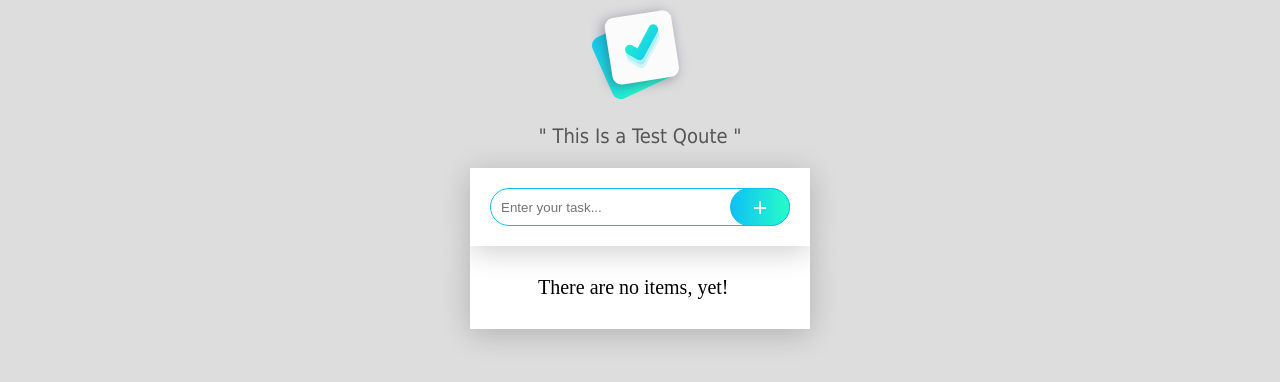
Repository: ahmedhamed15/React-Todo
Page: /
An editor plug-in stored every save of this project. The page is shown before and after the next save, followed by the edit.
The browser window is 1280 px wide. The pictures show the whole page.
The project was rebuilt for these pictures with package versions that can differ from the ones it lists, and the page was loaded fresh each time. Also part of the build but not shown: src/components/Todos/TodoItem/index.js.

Above is the page before, as saved 2021-07-27 00:21:42.

### src/index.js
import React from 'react';
import ReactDOM from 'react-dom';
import './index.scss';
import App from './App';

ReactDOM.render(<App />,document.getElementById('root'));

### src/index.scss
html {
  background: #ddd;
  height: 100%;
  display: flex;
}
body {
  width: 100%;
  margin: auto;
  margin: 0;
  padding: 0;
}

### src/App.js
import MainLogo from "./components/MainLogo";
import Qoute from "./components/Qoute";
import TodoList from "./components/Todos/TodoList";

function App() {
  return (
    <section className="App">
      <MainLogo />
      <Qoute />
      <TodoList />
    </section>
  );
}

export default App;

### src/components/MainLogo/index.js
import "./style.scss"

const index = () => {
    return (
        <section className="main-logo">
            <svg width="100px" height="100px" viewBox="0 0 100 100" version="1.1" xmlns="http://www.w3.org/2000/svg" xmlnsXlink="http://www.w3.org/1999/xlink">
                <desc>Created with Sketch.</desc>
                <defs>
                <linearGradient x1="34.9523037%" y1="0%" x2="116.039609%" y2="115.484477%" id="linearGradient-1">
                    <stop stopColor="#27FDC7" offset="0%"></stop>
                    <stop stopColor="#0FC0F5" offset="100%"></stop>
                </linearGradient>
                <rect id="path-2" x="19.8783454" y="5.46149939" width="67.2578578" height="67.2008596" rx="8.99999976"></rect>
                <filter x="-35.7%" y="-28.3%" width="162.4%" height="162.5%" filterUnits="objectBoundingBox" id="filter-3">
                    <feOffset dx="-3" dy="2" in="SourceAlpha" result="shadowOffsetOuter1"></feOffset>
                    <feGaussianBlur stdDeviation="6.5" in="shadowOffsetOuter1" result="shadowBlurOuter1"></feGaussianBlur>
                    <feColorMatrix values="0 0 0 0 0.0296505968   0 0 0 0 0.0172602666   0 0 0 0 0.100446429  0 0 0 0.423177083 0" type="matrix" in="shadowBlurOuter1"></feColorMatrix>
                </filter>
                <linearGradient x1="0%" y1="0%" x2="115.291753%" y2="112.548614%" id="linearGradient-4">
                    <stop stopColor="#27FDC7" offset="0%"></stop>
                    <stop stopColor="#0FC0F5" offset="83.2001616%"></stop>
                    <stop stopColor="#27FDC7" offset="100%"></stop>
                </linearGradient>
                <path d="M40.2086259,6.21042694 C39.2480415,5.24152695 38.1027468,4.75708888 36.7727039,4.75708888 C35.4426658,4.75708888 34.3096854,5.24152695 33.3737297,6.21042694 L16.3049725,23.7622477 L12.0193093,19.3649757 C11.0833536,18.3960804 9.9503732,17.9116376 8.62033507,17.9116376 C7.29029269,17.9116376 6.14499751,18.3960804 5.1844131,19.3649757 C4.24845898,20.3338709 3.78048896,21.5077058 3.78048896,22.8865186 C3.78048896,24.2653314 4.24845898,25.4391663 5.1844131,26.4080615 L12.8690505,34.3082476 C13.8296349,35.2771428 14.9749296,35.7615833 16.3049725,35.7615833 C17.6350106,35.7615833 18.767991,35.2771428 19.7039467,34.3082476 L40.2086259,13.2535128 C41.1445816,12.2597758 41.61255,11.0797257 41.61255,9.71333379 C41.61255,8.34694665 41.1445816,7.17932216 40.2086259,6.21042694 Z" id="path-5"></path>
                <filter x="-51.5%" y="-62.9%" width="203.1%" height="225.8%" filterUnits="objectBoundingBox" id="filter-6">
                    <feOffset dx="0" dy="0" in="SourceAlpha" result="shadowOffsetOuter1"></feOffset>
                    <feGaussianBlur stdDeviation="6.5" in="shadowOffsetOuter1" result="shadowBlurOuter1"></feGaussianBlur>
                    <feColorMatrix values="0 0 0 0 1   0 0 0 0 1   0 0 0 0 1  0 0 0 0.588937953 0" type="matrix" in="shadowBlurOuter1"></feColorMatrix>
                </filter>
                </defs>
                <g id="Page-1" stroke="none" strokeWidth="1" fill="none" fillRule="evenodd">
                <g id="Artboard-2" transform="translate(-214.000000, -272.000000)">
                    <g id="Group-4" transform="translate(201.000000, 269.000000)">
                        <g id="Group-3" transform="translate(58.787474, 58.534712) rotate(-6.000000) translate(-58.787474, -58.534712) translate(5.642436, 5.434712)">
                            <g id="Group-2" transform="translate(52.899385, 53.035097) rotate(7.000000) translate(-52.899385, -53.035097) translate(5.609309, 5.785097)">
                            <path d="M20.0219734,15.1240886 L74.1829282,14.1930575 C79.1527566,14.1076258 83.2508546,18.0672116 83.3362864,23.03704 C83.3371726,23.0885978 83.3376158,23.1401624 83.3376158,23.1917278 L83.3376158,72.0429044 C83.3376158,76.9531616 79.4018358,80.9571794 74.4923039,81.0415747 L20.3313491,81.9726057 C15.3615207,82.0580374 11.2634227,78.0984516 11.1779909,73.1286232 C11.1771047,73.0770654 11.1766615,73.0255009 11.1766615,72.9739354 L11.1766615,24.1227589 C11.1766615,19.2125016 15.1124415,15.2084838 20.0219734,15.1240886 Z" id="Rectangle" fill="url(#linearGradient-1)" transform="translate(47.257139, 48.082832) scale(-1, -1) rotate(-25.000000) translate(-47.257139, -48.082832) "></path>
                            <g id="Rectangle" transform="translate(53.507274, 39.061929) rotate(-10.000000) translate(-53.507274, -39.061929) ">
                                <use fill="black" fillOpacity="1" filter="url(#filter-3)" xlinkHref="#path-2"></use>
                                <use fill="#FBFBFB" fillRule="evenodd" xlinkHref="#path-2"></use>
                            </g>
                            </g>
                        </g>
                        <g id="Group-5" transform="translate(43.000000, 26.000000)">
                            <path d="M41.1093892,10.5623533 C40.1488048,9.59345333 39.0035101,9.10901526 37.6734673,9.10901526 C36.3434291,9.10901526 35.2104488,9.59345333 34.274493,10.5623533 L17.2057358,28.1141741 L12.9200727,23.716902 C11.9841169,22.7480068 10.8511366,22.263564 9.52109843,22.263564 C8.19105605,22.263564 7.04576086,22.7480068 6.08517646,23.716902 C5.14922234,24.6857973 4.68125232,25.8596322 4.68125232,27.238445 C4.68125232,28.6172578 5.14922234,29.7910927 6.08517646,30.7599879 L13.7698139,38.660174 C14.7303983,39.6290692 15.875693,40.1135096 17.2057358,40.1135096 C18.535774,40.1135096 19.6687543,39.6290692 20.6047101,38.660174 L41.1093892,17.6054392 C42.045345,16.6117022 42.5133134,15.4316521 42.5133134,14.0652602 C42.5133134,12.698873 42.045345,11.5312485 41.1093892,10.5623533 Z" id="Page-1" fill="url(#linearGradient-4)" opacity="0.3" transform="translate(23.597283, 24.611262) rotate(-16.000000) translate(-23.597283, -24.611262) "></path>
                            <path d="M42.0101526,14.2623533 C41.0495682,13.2934533 39.9042735,12.8090153 38.5742306,12.8090153 C37.2441925,12.8090153 36.1112121,13.2934533 35.1752564,14.2623533 L18.1064992,31.8141741 L13.820836,27.416902 C12.8848803,26.4480068 11.7518999,25.963564 10.4218618,25.963564 C9.09181941,25.963564 7.94652422,26.4480068 6.98593982,27.416902 C6.78271177,27.6272827 6.60154798,27.8473258 6.4424483,28.0770317 C5.8688243,28.9052219 5.58201568,29.8590202 5.58201568,30.938445 C5.58201568,32.3172578 6.04998569,33.4910927 6.98593982,34.4599879 L14.6705772,42.360174 C15.6311616,43.3290692 16.7764563,43.8135096 18.1064992,43.8135096 C19.4365373,43.8135096 20.5695177,43.3290692 21.5054734,42.360174 L42.0101526,21.3054392 C42.9461083,20.3117022 43.4140767,19.1316521 43.4140767,17.7652602 C43.4140767,16.398873 42.9461083,15.2312485 42.0101526,14.2623533 Z" id="Page-1" fill="url(#linearGradient-4)" opacity="0.2" transform="translate(24.498046, 28.311262) rotate(-16.000000) translate(-24.498046, -28.311262) "></path>
                            <g id="Page-1" transform="translate(22.696519, 20.259336) rotate(-16.000000) translate(-22.696519, -20.259336) ">
                            <use fill="black" fillOpacity="1" filter="url(#filter-6)" xlinkHref="#path-5"></use>
                            <use fill="url(#linearGradient-4)" fillRule="evenodd" xlinkHref="#path-5"></use>
                            </g>
                        </g>
                    </g>
                </g>
                </g>
            </svg>
        </section>
    )
}

export default index

### src/components/Qoute/index.js
import "./style.scss"

const index = () => {
    return (
        <section className="qoute">
            <blockquote> This Is a Test Qoute </blockquote>
        </section>
    )
}

export default index

### src/components/Todos/TodoList/index.js
import React, {useState} from 'react';
import TodoItem from "../TodoItem";
import TodoFrom from "../TodoForm";
import "./style.scss"

const Index = () => {

    // Main State
    const [state, setState] = useState({
        tasks: [],
        error: ''
    });

    // Add A New Item
    const addNewItem = (title) => {
        if (title !== '') {
            let newItems = {
                id: 5,
                title,
                active: true
            };
            setState({
                tasks: [...state.tasks, newItems],
                error: ''
            });
        } else {
            setState({
                error: "You must add real value!"
            })
        }
    }

    return (
        <section className="todos-list">

            {/* General SVG code for checkbox */}
            <svg viewBox="0 0 0 0" style={ {position: 'absolute', zIndex: '-1', opacity: '0'} }>
                <defs>
                <linearGradient id="boxGradient" gradientUnits="userSpaceOnUse" x1="0" y1="0" x2="25" y2="25">
                    <stop offset="0%"   stopColor="#27FDC7"/>
                    <stop offset="100%" stopColor="#0FC0F5"/>
                </linearGradient>

                <linearGradient id="lineGradient">
                    <stop offset="0%"    stopColor="#0FC0F5"/>
                    <stop offset="100%"  stopColor="#27FDC7"/>
                </linearGradient>

                <path id="todo__line" stroke="url(#lineGradient)" d="M21 12.3h168v0.1z"></path>
                <path id="todo__box" stroke="url(#boxGradient)" d="M21 12.7v5c0 1.3-1 2.3-2.3 2.3H8.3C7 20 6 19 6 17.7V7.3C6 6 7 5 8.3 5h10.4C20 5 21 6 21 7.3v5.4"></path>
                <path id="todo__check" stroke="url(#boxGradient)" d="M10 13l2 2 5-5"></path>
                <circle id="todo__circle" cx="13.5" cy="12.5" r="10"></circle>
                </defs>
            </svg>


            {/* Todo From */}
            <TodoFrom addNewItem={addNewItem} />

            {/* Todos List */}
            <div className="todo-list">
                { state.error !== '' && (<div className="todo"> {state.error} </div>) }
                { state.tasks.length > 0 ? state.tasks.map( (item) => <TodoItem key={item.id} task={item} /> ) : (<div className="todo"> There are no items, yet! </div>) }
            </div>

        </section>
    )
}

export default Index

### src/components/MainLogo/style.scss
.main-logo {
    text-align: center;
}

### src/components/Qoute/style.scss
.qoute {
    text-align: center;
    blockquote {
        font: {
            size: 20px;
            family: 'tahoma', arial;
            weight: 500;
        }
        color: #555;
        &::after,
        &::before {
            content: ' " ';
        }
    }
}

### src/components/Todos/TodoForm/index.js
import "./style.scss";

const index = ({ addNewItem }) => {

    // Submit Handle
    const submitHandle = (e) => {
        e.preventDefault();
        addNewItem(e.target.title.value.trim());
    }

    return (
        <form className="todo-form" onSubmit={submitHandle}>
            <input type="text" className="todo-form__input-type" name="title" placeholder="Enter your task..." />
            <button type="submit" className="todo-form__button-type"> + </button>
        </form>
    )
}

export default index

### src/components/Todos/TodoList/style.scss
.todo-list {
    background: #FFF;
    font-size: 20px;
    max-width: 15em;
    margin: auto;
    padding: 0.5em 1em;
    box-shadow: 0 5px 30px rgba(0, 0, 0, 0.2);
}

### src/components/Todos/TodoItem/style.scss
  .todo {
    display: block;
    position: relative;
    padding: 1em 1em 1em 16%;
    margin: 0 auto;
    cursor: pointer;
  }
  .todo:last-child {
    border-bottom: none;
  }
  .todo__state {
    position: absolute;
    top: 0;
    left: 0;
    opacity: 0;
  }
  .todo__text {
    color: #135156;
    transition: all 0.4s linear 0.4s;
    padding-right: 20px;
  }
  .todo__icon {
    position: absolute;
    top: 0;
    bottom: 0;
    left: 0;
    width: 100%;
    height: auto;
    margin: auto;
    fill: none;
    stroke: #27FDC7;
    stroke-width: 2;
    stroke-linejoin: round;
    stroke-linecap: round;
  }
  .todo__line,
  .todo__box,
  .todo__check {
    transition: stroke-dashoffset 0.8s cubic-bezier(0.9, 0, 0.5, 1);
  }
  .todo__circle {
    stroke: #27FDC7;
    stroke-dasharray: 1 6;
    stroke-width: 0;
    transform-origin: 13.5px 12.5px;
    transform: scale(0.4) rotate(0deg);
    -webkit-animation: none 0.8s linear;
            animation: none 0.8s linear;
  }
  @-webkit-keyframes explode {
    30% {
      stroke-width: 3;
      stroke-opacity: 1;
      transform: scale(0.8) rotate(40deg);
    }
    100% {
      stroke-width: 0;
      stroke-opacity: 0;
      transform: scale(1.1) rotate(60deg);
    }
  }
  @keyframes explode {
    30% {
      stroke-width: 3;
      stroke-opacity: 1;
      transform: scale(0.8) rotate(40deg);
    }
    100% {
      stroke-width: 0;
      stroke-opacity: 0;
      transform: scale(1.1) rotate(60deg);
    }
  }
  .todo__box {
    stroke-dasharray: 56.1053, 56.1053;
    stroke-dashoffset: 0;
    transition-delay: 0.16s;
  }
  .todo__check {
    stroke: #27FDC7;
    stroke-dasharray: 9.8995, 9.8995;
    stroke-dashoffset: 9.8995;
    transition-duration: 0.32s;
  }
  .todo__line {
    stroke-dasharray: 168, 1684;
    stroke-dashoffset: 168;
  }
  .todo__circle {
    -webkit-animation-delay: 0.56s;
            animation-delay: 0.56s;
    -webkit-animation-duration: 0.56s;
            animation-duration: 0.56s;
  }
  .todo__state:checked ~ .todo__text {
    transition-delay: 0s;
    color: #5EBEC1;
    opacity: 0.6;
  }
  .todo__state:checked ~ .todo__icon .todo__box {
    stroke-dashoffset: 56.1053;
    transition-delay: 0s;
  }
  .todo__state:checked ~ .todo__icon .todo__line {
    stroke-dashoffset: -8;
  }
  .todo__state:checked ~ .todo__icon .todo__check {
    stroke-dashoffset: 0;
    transition-delay: 0.48s;
  }
  .todo__state:checked ~ .todo__icon .todo__circle {
    -webkit-animation-name: explode;
            animation-name: explode;
  }
  .todo-item {
    position: relative;
    &:not(:last-child) {
      .todo {
        border-bottom: solid 1px #ddd;
      }
    }
  }
  .todo__delete-btn {
    color: red;
    font: {
      size: 25px;
      weight: bold
    };
    position: absolute;
    top: 50%;
    right: -33px;
    transform: translateY(-50%);
    background-image: linear-gradient(to right, #0FC0F5, #27FDC7);
    width: 25px;
    height: 25px;
    text-align: center;
    border-radius: 50%;
    cursor: pointer;
  }

### src/components/Todos/TodoForm/style.scss
.todo-form {
    background: #FFF;
    font-size: 20px;
    max-width: 15em;
    margin: auto;
    padding: 1em;
    box-shadow: 0 5px 30px rgba(0, 0, 0, 0.2);
    display: flex;
    position: relative;
    .todo-form__input-type,
    .todo-form__button-type {
        height: 30px;
        border: 1px solid #0FC0F5;
    }
    .todo-form__input-type {
        width: 100%;
        padding: 3px 10px;
        border-radius: 30px;
        &:focus {
            outline: 0;
        }
    }
    .todo-form__button-type {
        border-radius: 30px;
        width: 60px;
        height: 38px;
        background: none;
        color: #FFF;
        cursor: pointer;
        position: absolute;
        right: 0.8em;
        background-image: linear-gradient(to right, #0FC0F5, #27FDC7);
        border: 1px solid #0FC0F5;
        top: 50%;
        transform: translateY(-50%);
        font: {
            size: 25px;
        }
    }
}

Loaded but not shown: public/index.html (common file)

After the next save:
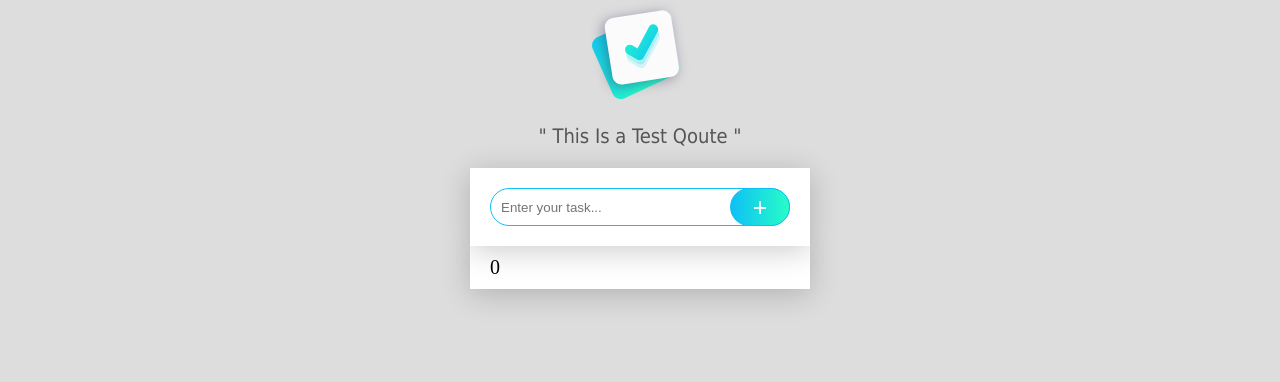
Saved 27 s later.
--- a/src/components/Todos/TodoList/index.js
+++ b/src/components/Todos/TodoList/index.js
@@ -60,7 +60,8 @@
             {/* Todos List */}
             <div className="todo-list">
                 { state.error !== '' && (<div className="todo"> {state.error} </div>) }
-                { state.tasks.length > 0 ? state.tasks.map( (item) => <TodoItem key={item.id} task={item} /> ) : (<div className="todo"> There are no items, yet! </div>) }
+                {state.tasks.length}
+                {/* { state.tasks.length > 0 ? state.tasks.map( (item) => <TodoItem key={item.id} task={item} /> ) : (<div className="todo"> There are no items, yet! </div>) } */}
             </div>
 
         </section>

After the save that followed:
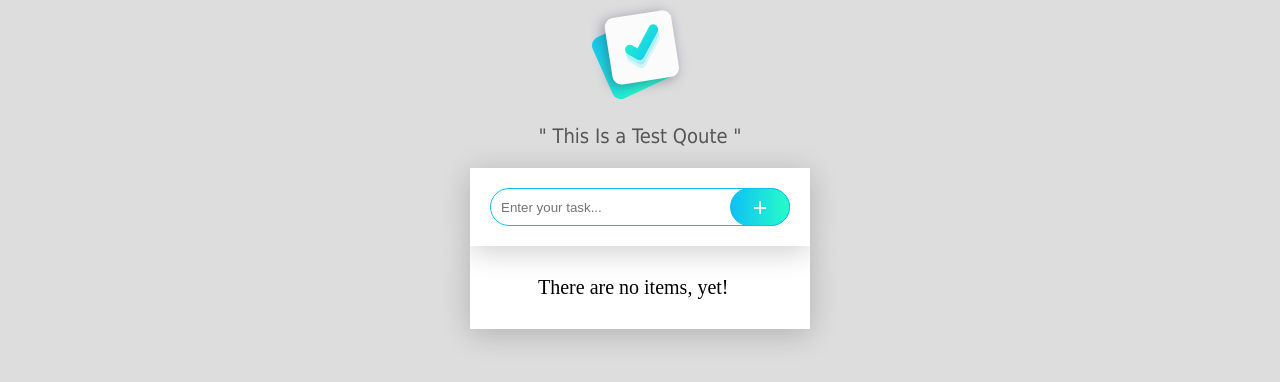
Saved 21 s later.
--- a/src/components/Todos/TodoList/index.js
+++ b/src/components/Todos/TodoList/index.js
@@ -60,8 +60,7 @@
             {/* Todos List */}
             <div className="todo-list">
                 { state.error !== '' && (<div className="todo"> {state.error} </div>) }
-                {state.tasks.length}
-                {/* { state.tasks.length > 0 ? state.tasks.map( (item) => <TodoItem key={item.id} task={item} /> ) : (<div className="todo"> There are no items, yet! </div>) } */}
+                { state.tasks.length > 0 ? state.tasks.map( (item) => <TodoItem key={item.id} task={item} /> ) : (<div className="todo"> There are no items, yet! </div>) }
             </div>
 
         </section>
